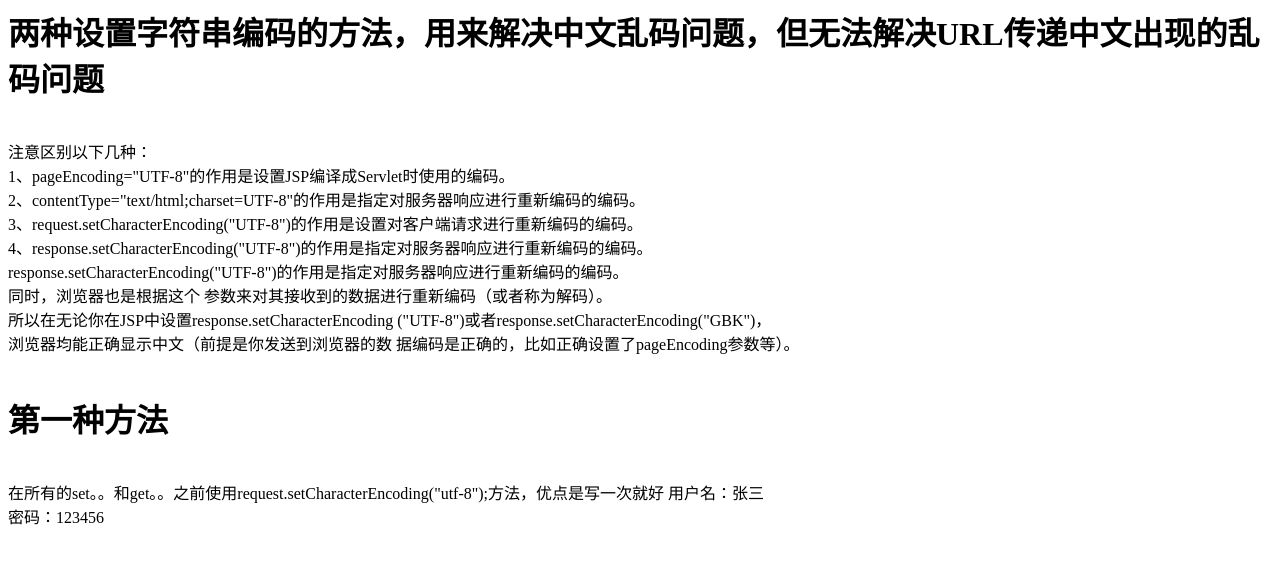
Repository: Fuhai-Chen/javaweb
Page: http://localhost/Chapter_4_example/setCEncoding.jsp
These files come from the project's save history. The page is drawn as it stood at one moment and after the next save; the edit follows.
The browser window is 1280 px wide. The pictures show the whole page.
The page is served by Tomcat 9.

Above is the page before, as saved 2020-09-23 08:14:22.

After the next save:
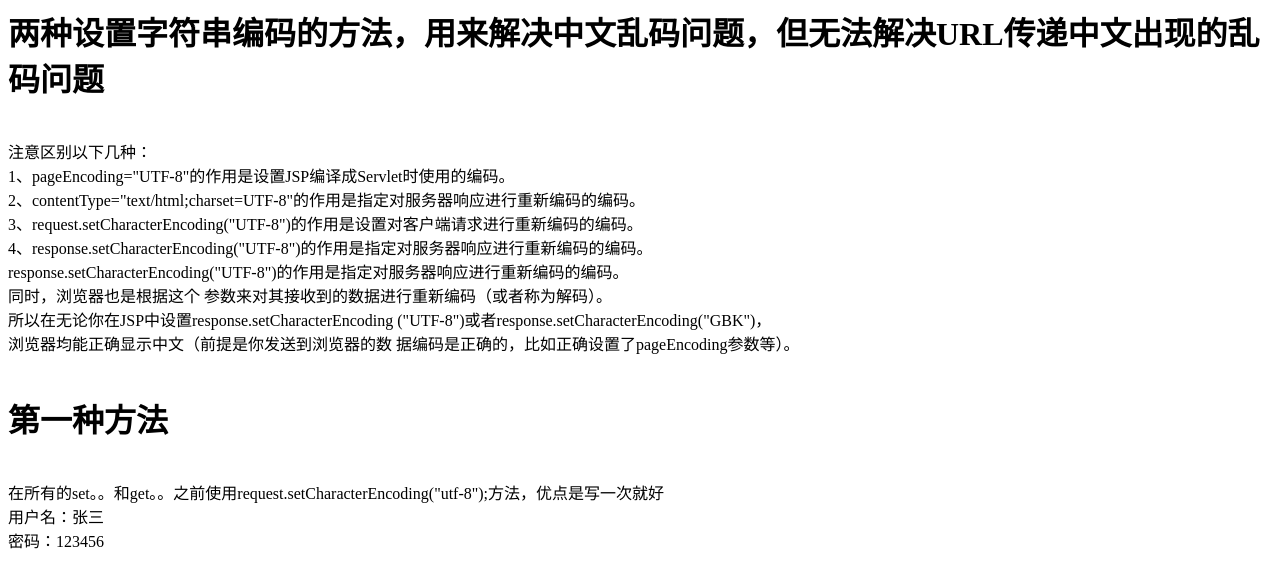
Saved 13 s later.
--- a/Chapter_4_example/WebRoot/setCEncoding.jsp
+++ b/Chapter_4_example/WebRoot/setCEncoding.jsp
@@ -35,7 +35,7 @@ response.setCharacterEncoding("UTF-8")的作用是指定对服务器响应进行
 浏览器均能正确显示中文（前提是你发送到浏览器的数 据编码是正确的，比如正确设置了pageEncoding参数等）。<br>
 <br>
 <h1>第一种方法</h1><br>
-在所有的set。。和get。。之前使用request.setCharacterEncoding("utf-8");方法，优点是写一次就好
+在所有的set。。和get。。之前使用request.setCharacterEncoding("utf-8");方法，优点是写一次就好<br>
 <%
 	request.setCharacterEncoding("utf-8");
 	request.setAttribute("username","张三");
